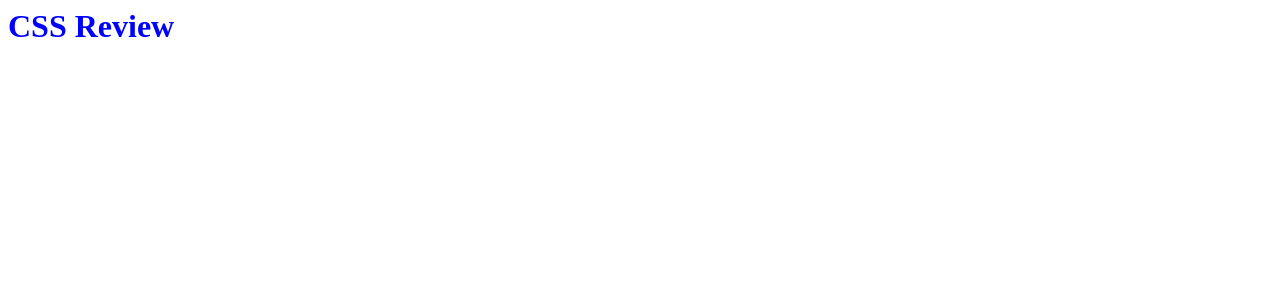
Repository: dishant8/Web-development
Page: public/WebDevWorkspace/experiment/WebContent/CSS/IntroCSS.html
These files come from the project's save history. The page is drawn as it stood at one moment and after a run of saves; the edit follows.
The browser window is 1280 px wide. The pictures show the whole page.

Above is the page before, as saved 2015-09-28 00:08:43.

After the next 2 saves:
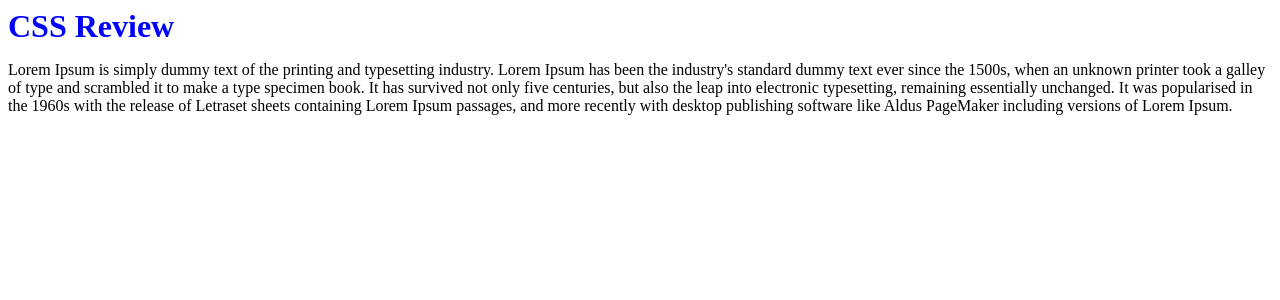
The 2 saves are shown as one change because they came seconds apart.
The last was saved 7 min 43 s later.
--- a/public/WebDevWorkspace/experiment/WebContent/CSS/IntroCSS.html
+++ b/public/WebDevWorkspace/experiment/WebContent/CSS/IntroCSS.html
@@ -3,9 +3,18 @@
 <head>
 <meta charset="ISO-8859-1">
 <title>CSS review</title>
-	<link rel="stylesheet" href="CssStyle/style.css"/>
+<link rel="stylesheet" href="CssStyle/style.css" />
 </head>
 <body>
 	<h1 class="header">CSS Review</h1>
+	<p>Lorem Ipsum is simply dummy text of the printing and typesetting
+		industry. Lorem Ipsum has been the industry's standard dummy text ever
+		since the 1500s, when an unknown printer took a galley of type and
+		scrambled it to make a type specimen book. It has survived not only
+		five centuries, but also the leap into electronic typesetting,
+		remaining essentially unchanged. It was popularised in the 1960s with
+		the release of Letraset sheets containing Lorem Ipsum passages, and
+		more recently with desktop publishing software like Aldus PageMaker
+		including versions of Lorem Ipsum.</p>
 </body>
 </html>
